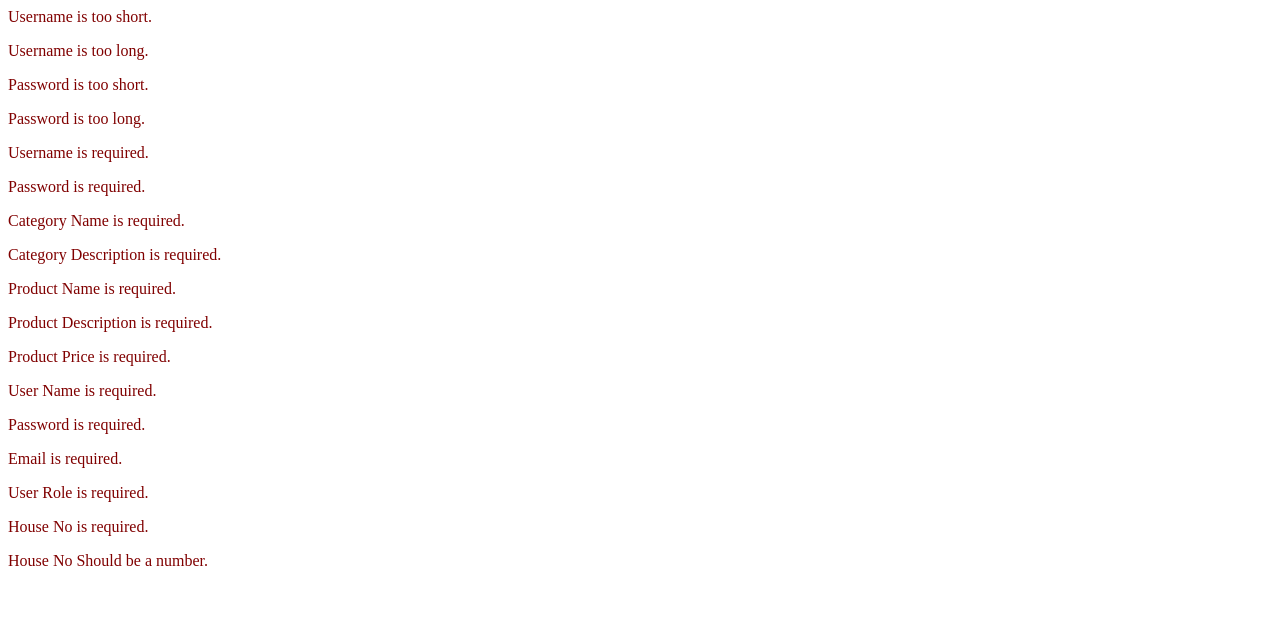
Repository: sathishnaik/PetSupplies
Page: webshopusermodule/WebContent/resources/messages.html
The author's editor kept a copy of each file at every save. The page is drawn from the files as they stood at one save, then again after the next save.
The browser window is 1280 px wide. The pictures show the whole page.

Above is the page before, as saved 2016-05-24 11:32:01.

After the next save:
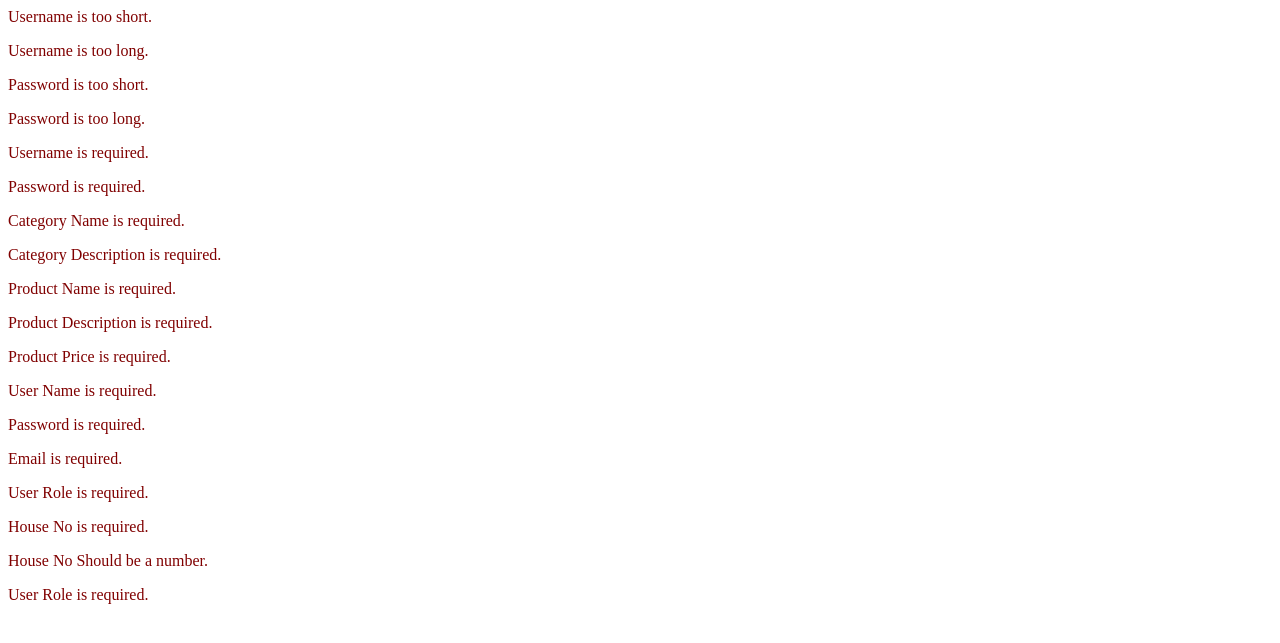
Saved 42 s later.
--- a/webshopusermodule/WebContent/resources/messages.html
+++ b/webshopusermodule/WebContent/resources/messages.html
@@ -20,3 +20,4 @@
 <p ng-show="userForm.userRole.$error.required && userForm.userRole.$touched" style="color:maroon" role="alert">User Role is required.</p>
 <p ng-show="userForm.userAddress.houseNo.$error.required && userForm.userAddress.houseNo.$touched" style="color:maroon" role="alert">House No is required.</p>
 <p ng-show="userForm.userAddress.houseNo.$error.number&&userForm.userAddress.houseNo.$touched" style="color:maroon" role="alert">House No Should be a number.</p>
+<p ng-show="userForm.userAddress.street.$error.required && userForm.userAddress.street.$touched" style="color:maroon" role="alert">User Role is required.</p>
